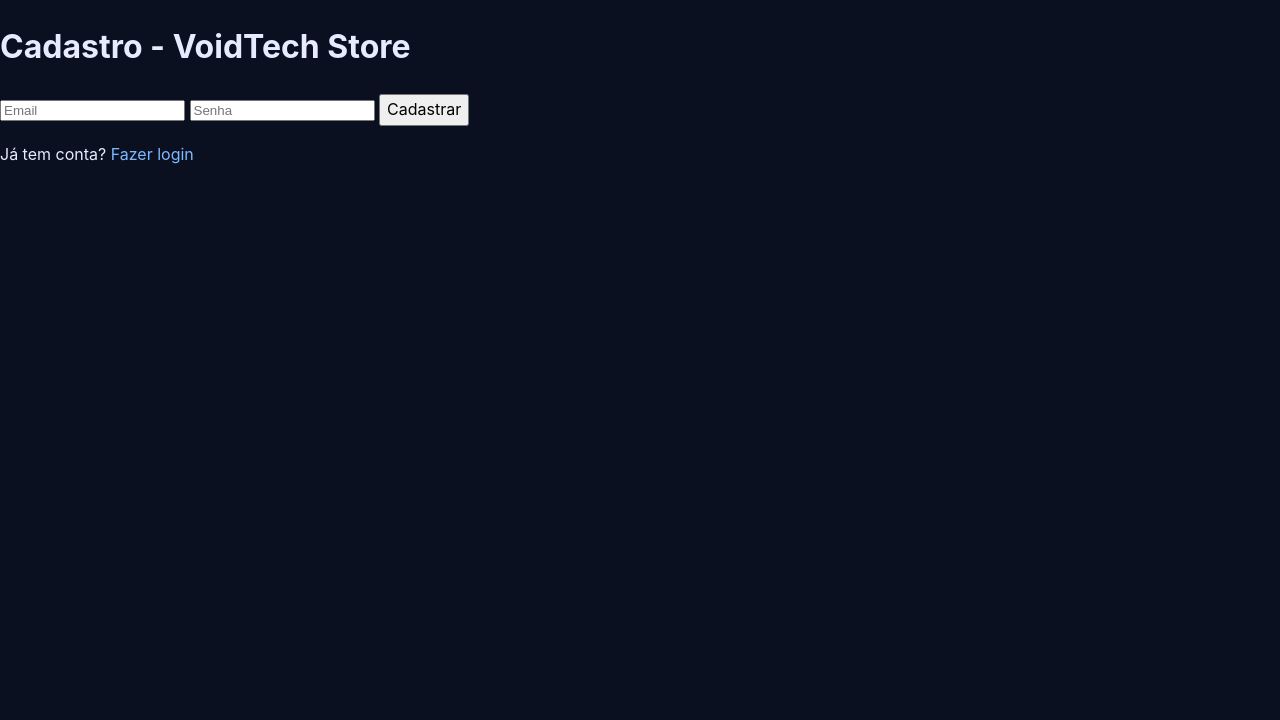
Repository: epvoidtech/Formul-rio-de-contato
Page: register.html
The author's editor kept a copy of each file at every save. The page is drawn from the files as they stood at one save, then again after the next save.
The browser window is 1280 px wide. The pictures show the whole page.

Above is the page before, as saved 2025-08-19 14:04:13.

After the next save:
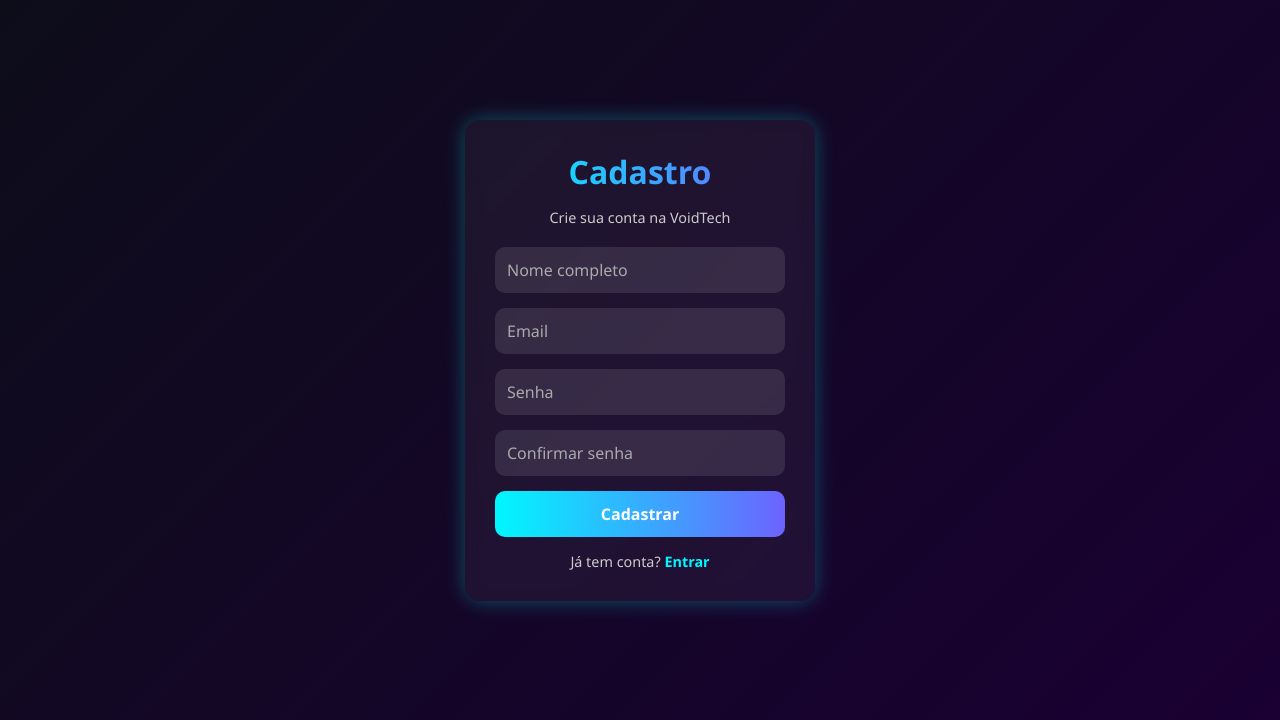
Saved 1 s later.
--- a/register.html
+++ b/register.html
@@ -1,25 +1,128 @@
 <!DOCTYPE html>
 <html lang="pt-BR">
 <head>
-    <meta charset="UTF-8">
-    <meta name="viewport" content="width=device-width, initial-scale=1.0">
-    <title>Cadastro - VoidTech Store</title>
-    <link rel="stylesheet" href="css/style.css">
+  <meta charset="UTF-8" />
+  <meta name="viewport" content="width=device-width, initial-scale=1.0">
+  <title>Cadastro - VoidTech Store</title>
+  <style>
+    /* Reset */
+    * {
+      margin: 0;
+      padding: 0;
+      box-sizing: border-box;
+      font-family: 'Segoe UI', Tahoma, sans-serif;
+    }
+
+    body {
+      height: 100vh;
+      display: flex;
+      align-items: center;
+      justify-content: center;
+      background: linear-gradient(135deg, #0d0d1a, #1a0033);
+      color: #fff;
+    }
+
+    header {
+      text-align: center;
+      margin-bottom: 20px;
+    }
+
+    header h1 {
+      font-size: 2rem;
+      background: linear-gradient(90deg, #00f7ff, #6c63ff);
+      -webkit-background-clip: text;
+      -webkit-text-fill-color: transparent;
+      font-weight: bold;
+    }
+
+    main {
+      background: rgba(255, 255, 255, 0.05);
+      padding: 30px;
+      border-radius: 15px;
+      box-shadow: 0 0 20px rgba(0,255,255,0.3);
+      backdrop-filter: blur(8px);
+      width: 100%;
+      max-width: 350px;
+      text-align: center;
+    }
+
+    form {
+      display: flex;
+      flex-direction: column;
+      gap: 15px;
+    }
+
+    input {
+      padding: 12px;
+      border: none;
+      border-radius: 10px;
+      background: rgba(255, 255, 255, 0.1);
+      color: #fff;
+      outline: none;
+      font-size: 1rem;
+      transition: 0.3s;
+    }
+
+    input::placeholder {
+      color: #aaa;
+    }
+
+    input:focus {
+      background: rgba(0,255,255,0.1);
+      box-shadow: 0 0 8px #00f7ff;
+    }
+
+    button {
+      padding: 12px;
+      background: linear-gradient(90deg, #00f7ff, #6c63ff);
+      border: none;
+      border-radius: 10px;
+      font-size: 1rem;
+      font-weight: bold;
+      color: #fff;
+      cursor: pointer;
+      transition: 0.3s;
+    }
+
+    button:hover {
+      transform: scale(1.05);
+      box-shadow: 0 0 12px #00f7ff;
+    }
+
+    p {
+      margin-top: 15px;
+      font-size: 0.9rem;
+      color: #ccc;
+    }
+
+    a {
+      color: #00f7ff;
+      text-decoration: none;
+      font-weight: bold;
+    }
+
+    a:hover {
+      text-decoration: underline;
+    }
+  </style>
 </head>
 <body>
+  <main>
     <header>
-        <h1>Cadastro - VoidTech Store</h1>
+      <h1>Cadastro</h1>
+      <p>Crie sua conta na VoidTech</p>
     </header>
 
-    <main>
-        <form id="register-form">
-            <input type="email" id="reg-email" placeholder="Email" required>
-            <input type="password" id="reg-password" placeholder="Senha" required minlength="4">
-            <button type="submit">Cadastrar</button>
-        </form>
-        <p>Já tem conta? <a href="login.html">Fazer login</a></p>
-    </main>
+    <form id="register-form">
+      <input type="text" id="register-name" placeholder="Nome completo" required>
+      <input type="email" id="register-email" placeholder="Email" required>
+      <input type="password" id="register-password" placeholder="Senha" required>
+      <input type="password" id="register-confirm" placeholder="Confirmar senha" required>
+      <button type="submit">Cadastrar</button>
+    </form>
+    <p>Já tem conta? <a href="login.html">Entrar</a></p>
+  </main>
 
-    <script src="js/auth.js"></script>
+  <script src="js/auth.js"></script>
 </body>
 </html>
